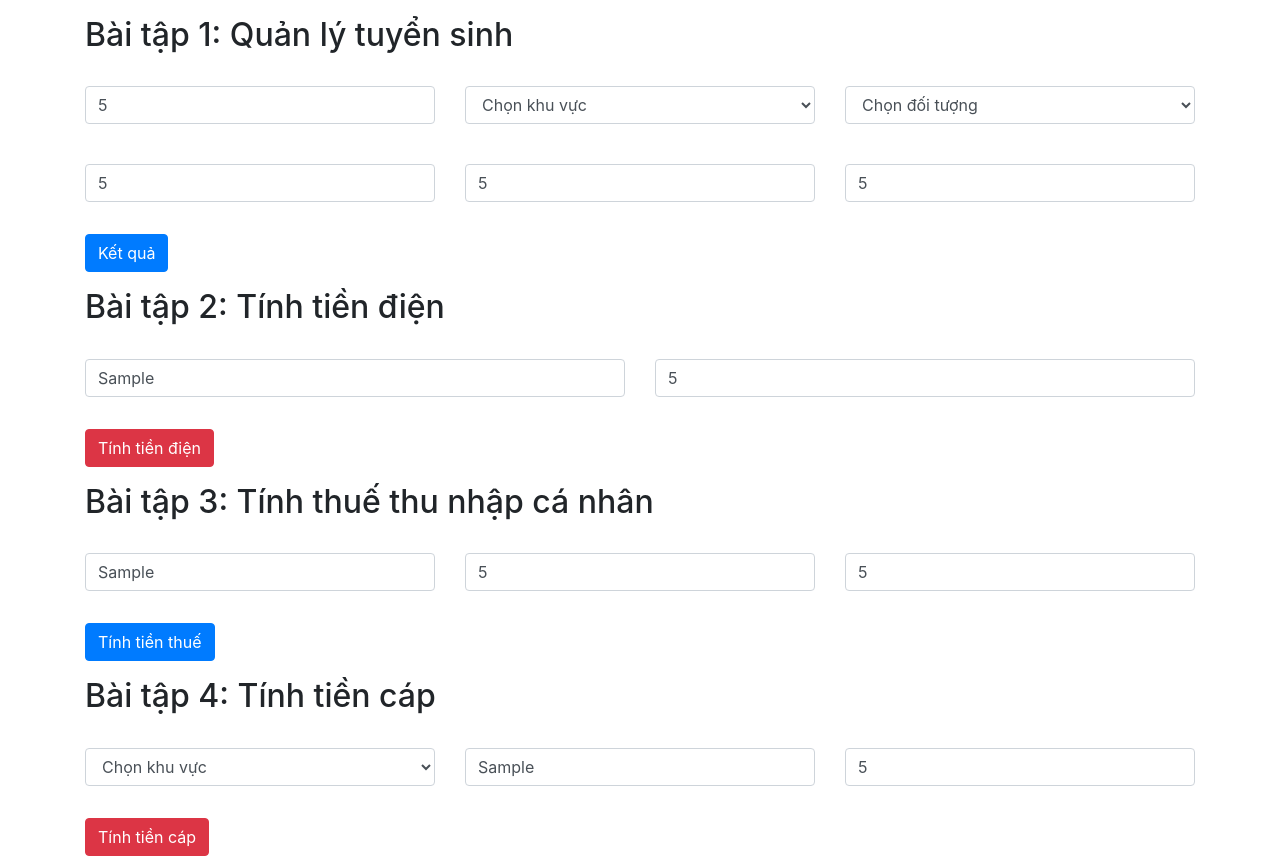
Repository: thanhfrankie/BC10-LeMinhThanh-Js-b5
Page: index.html
The author's editor kept a copy of each file at every save. The page is drawn from the files as they stood at one save, then again after the next save.
The browser window is 1280 px wide. The pictures show the whole page.
Empty fields were first filled with sample values (such as "Sample", 5 or name@example.com).
After loading, the first visible `button.btn-danger` was clicked once.

Above is the page before, as saved 2023-12-15 21:02:16.

### index.html
<!DOCTYPE html>
<html lang="en">
  <head>
    <title>Title</title>
    <!-- Required meta tags -->
    <meta charset="utf-8" />
    <meta
      name="viewport"
      content="width=device-width, initial-scale=1, shrink-to-fit=no"
    />

    <!-- Bootstrap CSS -->
    <link
      rel="stylesheet"
      href="https://stackpath.bootstrapcdn.com/bootstrap/4.3.1/css/bootstrap.min.css"
      integrity="sha384-ggOyR0iXCbMQv3Xipma34MD+dH/1fQ784/j6cY/iJTQUOhcWr7x9JvoRxT2MZw1T"
      crossorigin="anonymous"
    />
  </head>
  <body>
    <!-- Bài tập 1 -->
    <div class="container">
      <h2 class="mt-3">Bài tập 1: Quản lý tuyển sinh</h2>
      <div class="row">
        <div class="col-sm-4">
          <div class="form-group">
            <label for="diem-chuan"></label>
            <input
              type="number"
              class="form-control"
              name=""
              id="diem-chuan"
              aria-describedby="helpId"
              placeholder="Điểm chuẩn"
              required
            />
          </div>
        </div>
        <div class="col-sm-4">
          <div class="form-group">
            <label for="khu-vuc"></label>
            <select class="form-control" id="khu-vuc">
              <option selected>Chọn khu vực</option>
              <option>A</option>
              <option>B</option>
              <option>C</option>
            </select>
          </div>
        </div>
        <div class="col-sm-4">
          <div class="form-group">
            <label for="doi-tuong"></label>
            <select class="form-control" id="doi-tuong">
              <option selected>Chọn đối tượng</option>
              <option>1</option>
              <option>2</option>
              <option>3</option>
            </select>
          </div>
        </div>
      </div>
      <div class="row">
        <div class="col-sm-4">
          <div class="form-group">
            <label for="diem-mon-thu-1"></label>
            <input
              type="number"
              class="form-control"
              name=""
              id="diem-mon-thu-1"
              aria-describedby="helpId"
              placeholder="Điểm môn thứ 1"
              required
            />
          </div>
        </div>
        <div class="col-sm-4">
          <div class="form-group">
            <label for="diem-mon-thu-2"></label>
            <input
              type="number"
              class="form-control"
              name=""
              id="diem-mon-thu-2"
              aria-describedby="helpId"
              placeholder="Điểm môn thứ 2"
              required
            />
          </div>
        </div>
        <div class="col-sm-4">
          <div class="form-group">
            <label for="diem-mon-thu-3"></label>
            <input
              type="number"
              class="form-control"
              name=""
              id="diem-mon-thu-3"
              aria-describedby="helpId"
              placeholder="Điểm môn thứ 3"
              required
            />
          </div>
        </div>
      </div>
      <button
        type="button"
        onclick="tuyenSinh()"
        class="btn btn-primary mt-3"
        id="ket-qua-tuyen-sinh"
      >
        Kết quả
      </button>
      <h3 id="ket-qua-cuoi-cung" class="text-success"></h3>
    </div>
    <!-- Bài tập 2 -->
    <div class="container">
      <h2 class="mt-3">Bài tập 2: Tính tiền điện</h2>
      <div class="row">
        <div class="col-sm-6">
          <div class="form-group">
            <label for="ho-ten"></label>
            <input
              type="text"
              class="form-control"
              name=""
              id="ho-ten"
              aria-describedby="helpId"
              placeholder="Nhập họ và tên"
              required
            />
          </div>
        </div>
        <div class="col-sm-6">
          <div class="form-group">
            <label for="so-kw"></label>
            <input
              type="number"
              class="form-control"
              name=""
              id="so-kw"
              aria-describedby="helpId"
              placeholder="Nhập số kw"
              required
            />
          </div>
        </div>
      </div>
      <button type="button" onclick="tinhTienDien()" class="btn btn-danger mt-3">
        Tính tiền điện
      </button>

      <h3 id="thong-tin-hoa-don" class="text-success"></h3>
    </div>
    <!-- Bài tập 3-->
    <div class="container">
      <h2 class="mt-3">Bài tập 3: Tính thuế thu nhập cá nhân</h2>
      <div class="row">
        <div class="col-sm-4">
          <div class="form-group">
            <label for="so-luong-USD"></label>
            <input
              type="text"
              class="form-control"
              name=""
              id="so-luong-USD"
              aria-describedby="helpId"
              placeholder="Nhập số tiền USD"
              required
            />
          </div>
        </div>
        <div class="col-sm-4">
          <div class="form-group">
            <label for="so-luong-USD"></label>
            <input
              type="number"
              class="form-control"
              name=""
              id="so-luong-USD"
              aria-describedby="helpId"
              placeholder="Nhập số tiền USD"
              required
            />
          </div>
        </div>
        <div class="col-sm-4">
          <div class="form-group">
            <label for="so-luong-USD"></label>
            <input
              type="number"
              class="form-control"
              name=""
              id="so-luong-USD"
              aria-describedby="helpId"
              placeholder="Nhập số tiền USD"
              required
            />
          </div>
        </div>
      </div>
      <button type="button" onclick="quyDoiTien()" class="btn btn-primary mt-3">
        Tính tiền thuế
      </button>
      <h3 id="so-luong-VND" class="text-success"></h3>
    </div>
    <!-- Bài tập 4-->
    <div class="container">
      <h2 class="mt-3">Bài tập 4: Tính tiền cáp</h2>
      <div class="row">
        <div class="col-sm-4">
          <div class="form-group">
            <label for=""></label>
            <select class="form-control" id="">
              <option selected>Chọn khu vực</option>
              <option>A</option>
              <option>B</option>
              <option>C</option>
            </select>
          </div>
        </div>
        <div class="col-sm-4">
          <div class="form-group">
            <label for="so-luong-USD"></label>
            <input
              type="text"
              class="form-control"
              name=""
              id="so-luong-USD"
              aria-describedby="helpId"
              placeholder="Nhập số tiền USD"
              required
            />
          </div>
        </div>
        <div class="col-sm-4">
          <div class="form-group">
            <label for="so-luong-USD"></label>
            <input
              type="number"
              class="form-control"
              name=""
              id="so-luong-USD"
              aria-describedby="helpId"
              placeholder="Nhập số tiền USD"
              required
            />
          </div>
        </div>
      </div>
      <button type="button" onclick="quyDoiTien()" class="btn btn-danger mt-3">
        Tính tiền cáp
      </button>

      <h3 id="so-luong-VND" class="text-success"></h3>
    </div>

    <!-- Optional JavaScript -->
    <!-- jQuery first, then Popper.js, then Bootstrap JS -->
    <script
      src="https://code.jquery.com/jquery-3.3.1.slim.min.js"
      integrity="sha384-q8i/X+965DzO0rT7abK41JStQIAqVgRVzpbzo5smXKp4YfRvH+8abtTE1Pi6jizo"
      crossorigin="anonymous"
    ></script>
    <script
      src="https://cdnjs.cloudflare.com/ajax/libs/popper.js/1.14.7/umd/popper.min.js"
      integrity="sha384-UO2eT0CpHqdSJQ6hJty5KVphtPhzWj9WO1clHTMGa3JDZwrnQq4sF86dIHNDz0W1"
      crossorigin="anonymous"
    ></script>
    <script
      src="https://stackpath.bootstrapcdn.com/bootstrap/4.3.1/js/bootstrap.min.js"
      integrity="sha384-JjSmVgyd0p3pXB1rRibZUAYoIIy6OrQ6VrjIEaFf/nJGzIxFDsf4x0xIM+B07jRM"
      crossorigin="anonymous"
    ></script>
    <script src="./index.js"></script>
  </body>
</html>

### index.js
// Bài tập 1
/**
 * B1: tạo biến, lấy giá trị từ input
 * B2: Xét các trường hợp
 * + nếu có môn điểm 0 => rớt
 * + chọn điểm chuẩn: ví dụ: 25
 * + tính điểm ưu tiên
 * + tính điểm tổng kết = tổng 3 môn thi + điểm ưu tiên
 * + so sánh điểm tổng kết và điểm chuẩn để kết luận đậu hay rớt
 * + gán sự kiện cho button
 * B3: hiển thị kết quả
 */
function tuyenSinh() {
  var diemChuan = document.getElementById("diem-chuan").value * 1;
  var diemMon1 = document.getElementById("diem-mon-thu-1").value * 1;
  var diemMon2 = document.getElementById("diem-mon-thu-2").value * 1;
  var diemMon3 = document.getElementById("diem-mon-thu-3").value * 1;
  var tongDiem3Mon = diemMon1 + diemMon2 + diemMon3;
  var khuVucA = 2;
  var khuVucB = 1;
  var khuVucC = 0.5;
  var doiTuong1 = 2.5;
  var doiTuong2 = 1.5;
  var doiTuong3 = 1;
  var isKhuVucUuTien = true;
  var isDoiTuongUuTien = true;
  var diemKhuVuc = document.getElementById("khu-vuc").value;
  var diemDoiTuong = document.getElementById("doi-tuong").value*1;
  var diemUuTien;
  var diemTongKet;
  var ketQua = document.getElementById("ket-qua-cuoi-cung");

  if (diemMon1 || diemMon2 || diemMon3 == 0) {
    ketQua.innerText = `Kết quả: Rớt!!!`;
  }

  if (!isDoiTuongUuTien && !isKhuVucUuTien) {
    diemUuTien === 0;
    diemTongKet = tongDiem3Mon;
    if (diemTongKet < diemChuan) {
      ketQua.innerText = `Kết quả: ${diemTongKet} - Rớt!!!`;
    }
    ketQua.innerText = `Kết quả: ${diemTongKet} - Đậu `;
  }
  if (!isDoiTuongUuTien && isKhuVucUuTien) {
    if (diemKhuVuc == "A") {
      diemKhuVuc = khuVucA;
      diemUuTien = diemKhuVuc;
      diemTongKet = tongDiem3Mon + diemUuTien;
      if (diemTongKet < diemChuan) {
        ketQua.innerText = `Kết quả: ${diemTongKet} - Rớt!!!`;
      }
      ketQua.innerText = `Kết quả: ${diemTongKet} - Đậu `;
    }
    if (diemKhuVuc == "B") {
      diemKhuVuc = khuVucB;
      diemUuTien = diemKhuVuc;
      diemTongKet = tongDiem3Mon + diemUuTien;
      if (diemTongKet < diemChuan) {
        ketQua.innerText = `Kết quả: ${diemTongKet} - Rớt!!!`;
      }
      ketQua.innerText = `Kết quả: ${diemTongKet} - Đậu `;
    }
    if (diemKhuVuc == "C") {
      diemKhuVuc = khuVucC;
      diemUuTien = diemKhuVuc;
      diemTongKet = tongDiem3Mon + diemUuTien;
      if (diemTongKet < diemChuan) {
        ketQua.innerText = `Kết quả: ${diemTongKet} - Rớt!!!`;
      }
      ketQua.innerText = `Kết quả: ${diemTongKet} - Đậu `;
    }
  }
  if (isDoiTuongUuTien && !isKhuVucUuTien) {
    if (diemDoiTuong == "1") {
      diemDoiTuong = doiTuong1;
      diemUuTien = diemDoiTuong;
      diemTongKet = tongDiem3Mon + diemUuTien;
      if (diemTongKet < diemChuan) {
        ketQua.innerText = `Kết quả: ${diemTongKet} - Rớt!!!`;
      }
      ketQua.innerText = `Kết quả: ${diemTongKet} - Đậu `;
    }
    if (diemDoiTuong == "2") {
      diemDoiTuong = doiTuong2;
      diemUuTien = diemDoiTuong;
      diemTongKet = tongDiem3Mon + diemUuTien;
      if (diemTongKet < diemChuan) {
        ketQua.innerText = `Kết quả: ${diemTongKet} - Rớt!!!`;
      }
      ketQua.innerText = `Kết quả: ${diemTongKet} - Đậu `;
    }
    if (diemDoiTuong == "3") {
      diemDoiTuong = doiTuong3;
      diemUuTien = diemDoiTuong;
      diemTongKet = tongDiem3Mon + diemUuTien;
      if (diemTongKet < diemChuan) {
        ketQua.innerText = `Kết quả: ${diemTongKet} - Rớt!!!`;
      }
      ketQua.innerText = `Kết quả: ${diemTongKet} - Đậu `;
    }
  }
  if (isDoiTuongUuTien && isKhuVucUuTien) {
    if (diemDoiTuong == 1 && diemKhuVuc == "A") {
      diemUuTien = doiTuong1 + khuVucA;
      diemTongKet = tongDiem3Mon + diemUuTien;
      if (diemTongKet < diemChuan) {
        ketQua.innerText = `Kết quả: ${diemTongKet} - Rớt!!!`;
      }
      ketQua.innerText = `Kết quả: ${diemTongKet} - Đậu `;
    }
    if (diemDoiTuong == 1 && diemKhuVuc == "B") {
      diemUuTien = doiTuong1 + khuVucB;
      diemTongKet = tongDiem3Mon + diemUuTien;
      if (diemTongKet < diemChuan) {
        ketQua.innerText = `Kết quả: ${diemTongKet} - Rớt!!!`;
      }
      ketQua.innerText = `Kết quả: ${diemTongKet} - Đậu `;
    }
    if (diemDoiTuong == 1 && diemKhuVuc == "C") {
      diemUuTien = doiTuong1 + khuVucC;
      diemTongKet = tongDiem3Mon + diemUuTien;
      if (diemTongKet < diemChuan) {
        ketQua.innerText = `Kết quả: ${diemTongKet} - Rớt!!!`;
      }
      ketQua.innerText = `Kết quả: ${diemTongKet} - Đậu `;
    }
    if (diemDoiTuong == 2 && diemKhuVuc == "A") {
      diemUuTien = doiTuong2 + khuVucA;
      diemTongKet = tongDiem3Mon + diemUuTien;
      if (diemTongKet < diemChuan) {
        ketQua.innerText = `Kết quả: ${diemTongKet} - Rớt!!!`;
      }
      ketQua.innerText = `Kết quả: ${diemTongKet} - Đậu `;
    }
    if (diemDoiTuong == 2 && diemKhuVuc == "B") {
      diemUuTien = doiTuong2 + khuVucB;

      if (diemTongKet < diemChuan) {
        ketQua.innerText = `Kết quả: ${diemTongKet} - Rớt!!!`;
      }
      ketQua.innerText = `Kết quả: ${diemTongKet} - Đậu `;
    }
    if (diemDoiTuong == 2 && diemKhuVuc == "C") {
      diemUuTien = doiTuong2 + khuVucC;
      diemTongKet = tongDiem3Mon + diemUuTien;
      if (diemTongKet < diemChuan) {
        ketQua.innerText = `Kết quả: ${diemTongKet} - Rớt!!!`;
      }
      ketQua.innerText = `Kết quả: ${diemTongKet} - Đậu `;
    }
    if (diemDoiTuong == 3 && diemKhuVuc == "A") {
      diemUuTien = doiTuong2 + khuVucC;
      diemTongKet = tongDiem3Mon + diemUuTien;
      if (diemTongKet < diemChuan) {
        ketQua.innerText = `Kết quả: ${diemTongKet} - Rớt!!!`;
      }
      ketQua.innerText = `Kết quả: ${diemTongKet} - Đậu `;
    }
    if (diemDoiTuong == 3 && diemKhuVuc == "B") {
      diemUuTien = doiTuong2 + khuVucB;
      diemTongKet = tongDiem3Mon + diemUuTien;
      if (diemTongKet < diemChuan) {
        ketQua.innerText = `Kết quả: ${diemTongKet} - Rớt!!!`;
      }
      ketQua.innerText = `Kết quả: ${diemTongKet} - Đậu `;
    }
    if (diemDoiTuong == 3 && diemKhuVuc == "C") {
      diemUuTien = doiTuong3 + khuVucC;
      diemTongKet = tongDiem3Mon + diemUuTien;
      if (diemTongKet < diemChuan) {
        ketQua.innerText = `Kết quả: ${diemTongKet} - Rớt!!!`;
      }
      ketQua.innerText = `Kết quả: ${diemTongKet} - Đậu `;
    }
  }
}

// Bài tập 2
/**
 * B1: tạo biến, lấy giá trị từ input
 * B2: Tính tiền điện
 * + tạo biến để tính số tiền điện theo kw
 * + xét các trường hợp tiêu thụ điện và tính số tiền tương ứng
 * + gán sự kiện click cho button
 * B3: hiển thị kết quả
 */
function tinhTienDien() {
    var hoTen = document.getElementById("ho-ten").value
    var soKw = document.getElementById("so-kw").value * 1
    var ketQua = document.getElementById("thong-tin-hoa-don")
    var tienPhaiTra;
    if (soKw <= 50) {
        tienPhaiTra = soKw * 500
        ketQua.innerText = ``
    }
    if (50 <soKw <= 100) {
        tienPhaiTra = soKw*650

    }
    if (100< soKw <= 200) {
        tienPhaiTra = soKw*850

    }
    if (200< soKw <= 350) {
        tienPhaiTra = soKw*1100

    }
    if (soKw > 350) {
        tienPhaiTra = soKw*1300

    }
}


// Bài tập 3
/**
 * B1: tạo biến, lấy giá trị từ input
 * B2: Tính lương
 * + tạo biến để tính lương: lương 1 ngày * số ngày làm
 * + gán sự kiện click cho button
 * B3: hiển thị kết quả
 */

After the next save:
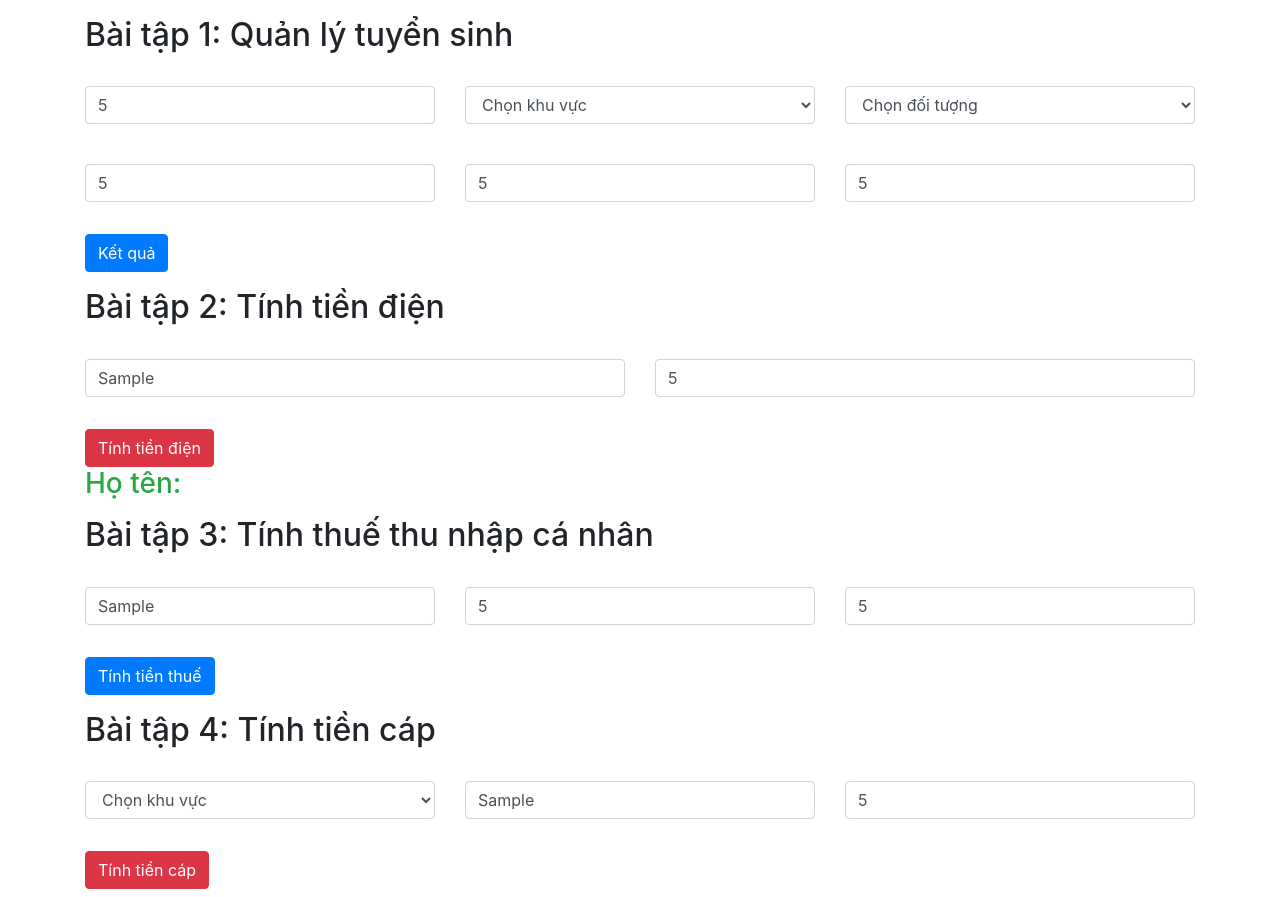
Saved 8 s later.
--- a/index.js
+++ b/index.js
@@ -192,7 +192,7 @@ function tinhTienDien() {
     var tienPhaiTra;
     if (soKw <= 50) {
         tienPhaiTra = soKw * 500
-        ketQua.innerText = ``
+        ketQua.innerText = `Họ tên: `
     }
     if (50 <soKw <= 100) {
         tienPhaiTra = soKw*650
